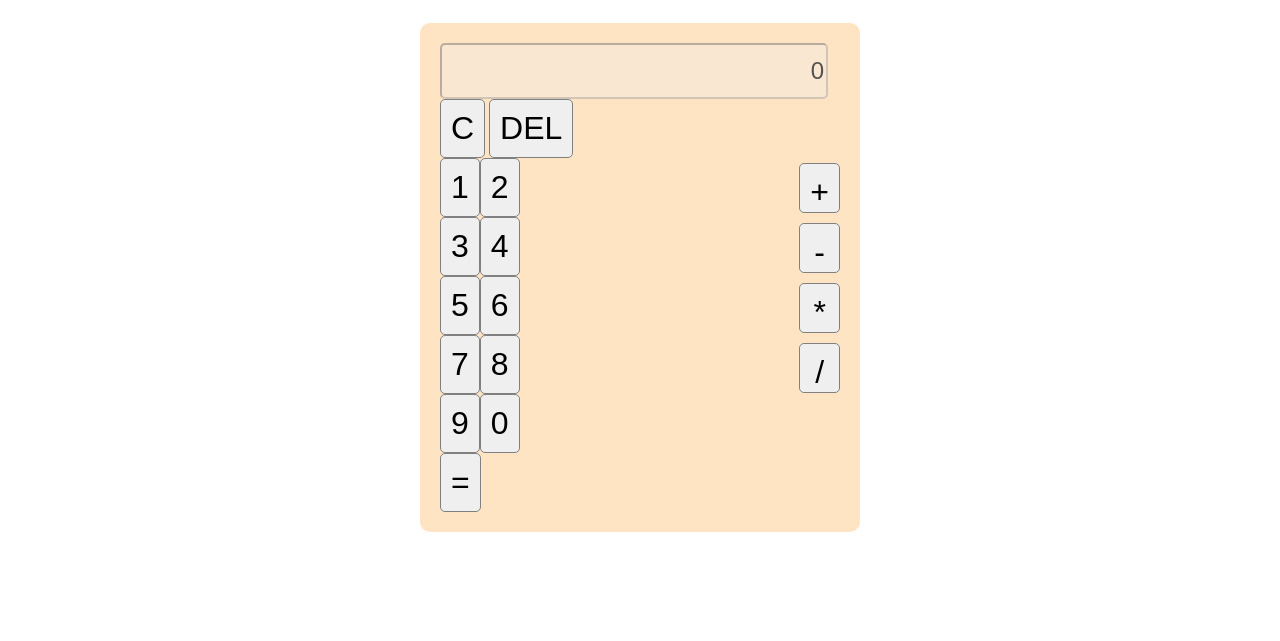
Repository: jaskeat/Calculator
Page: index.html
The author's editor kept a copy of each file at every save. The page is drawn from the files as they stood at one save, then again after the next save.
The browser window is 1280 px wide. The pictures show the whole page.

Above is the page before, as saved 2024-09-05 13:18:18.

After the next save:
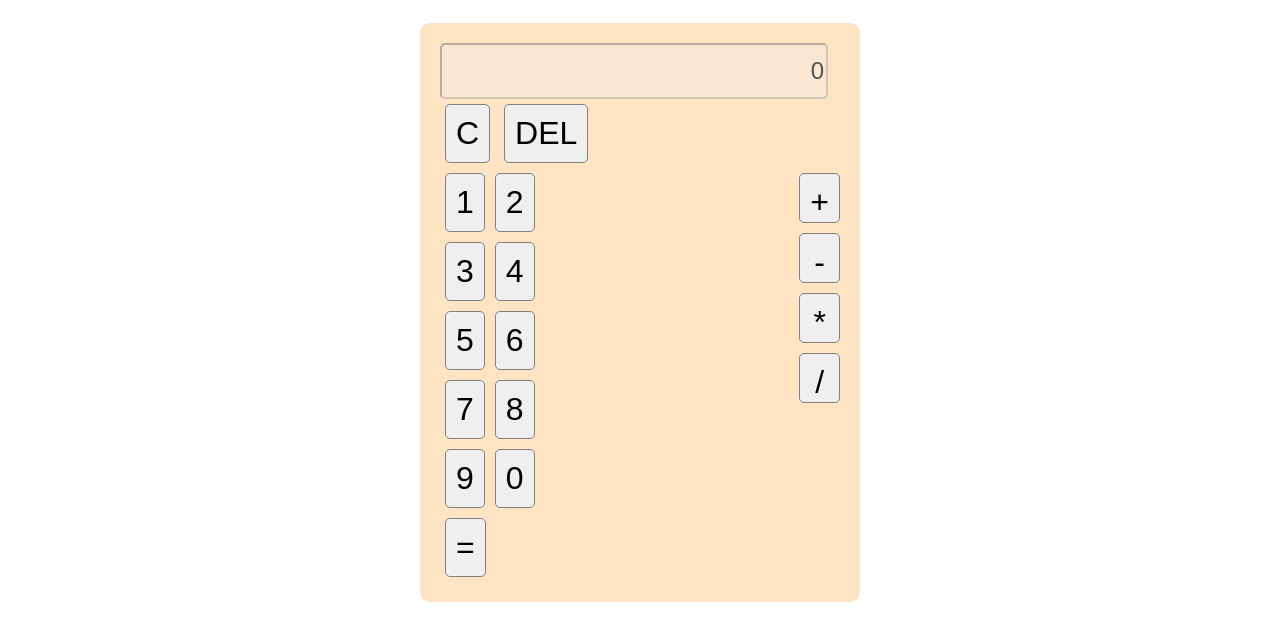
Saved 14 s later.
--- a/style.css
+++ b/style.css
@@ -57,4 +57,5 @@ input {
 .btn {
 	font-size: 2rem;
 	padding: 10px;
+	margin: 5px;
 }
